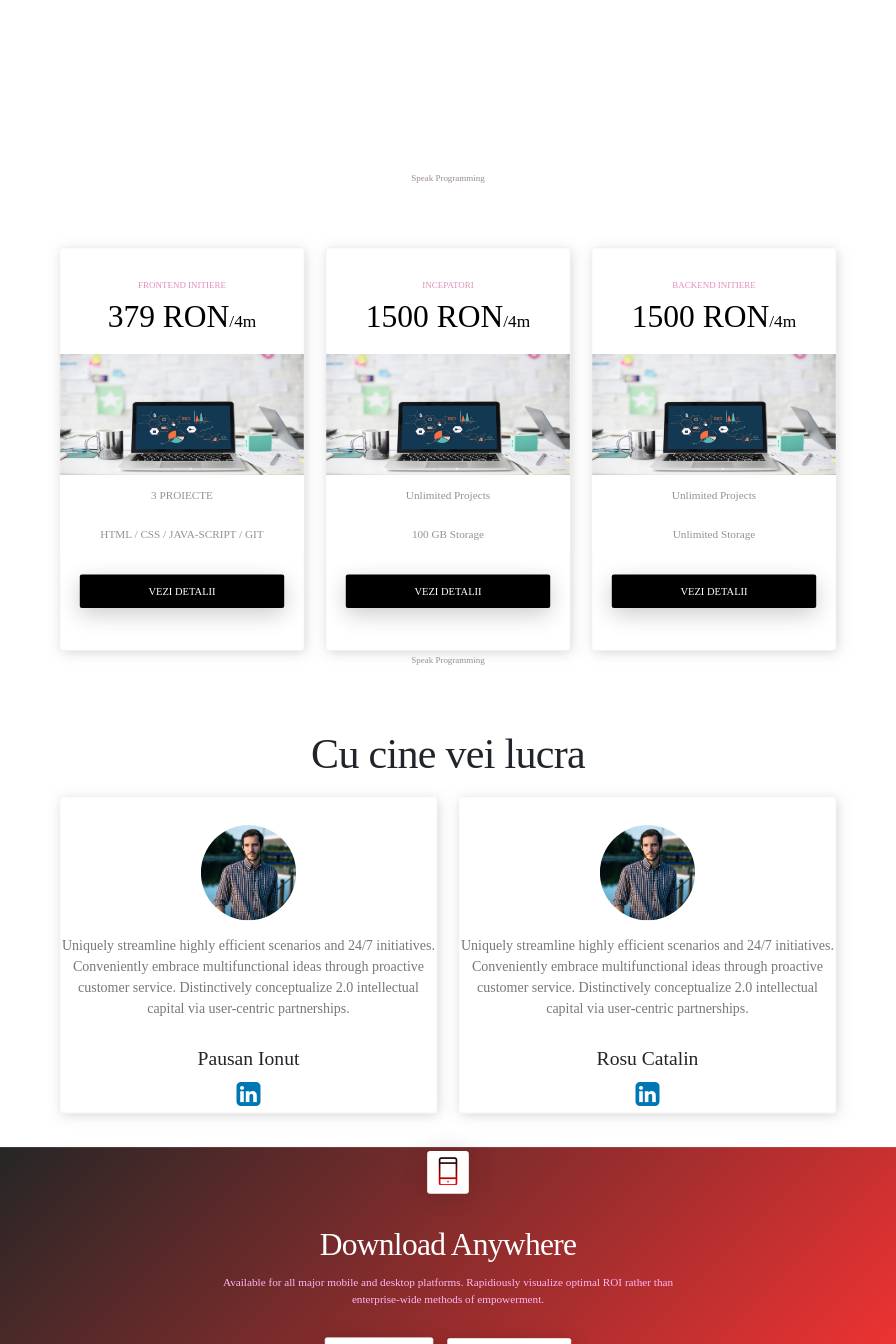
Repository: RosuCatalinDorin/ITSchool
Page: home-page/index.html
An editor plug-in stored every save of this project. The page is shown before and after the next save, followed by the edit.
The browser window is 1280 px wide. The pictures show the part of the page from y = 424 to 2344 px (the page is 2976 px tall before and 3276 px after), at 70% of full size.
Some web libraries are served in a nearby version.

Above is the page before, as saved 2019-03-13 18:50:25.

After the next save:
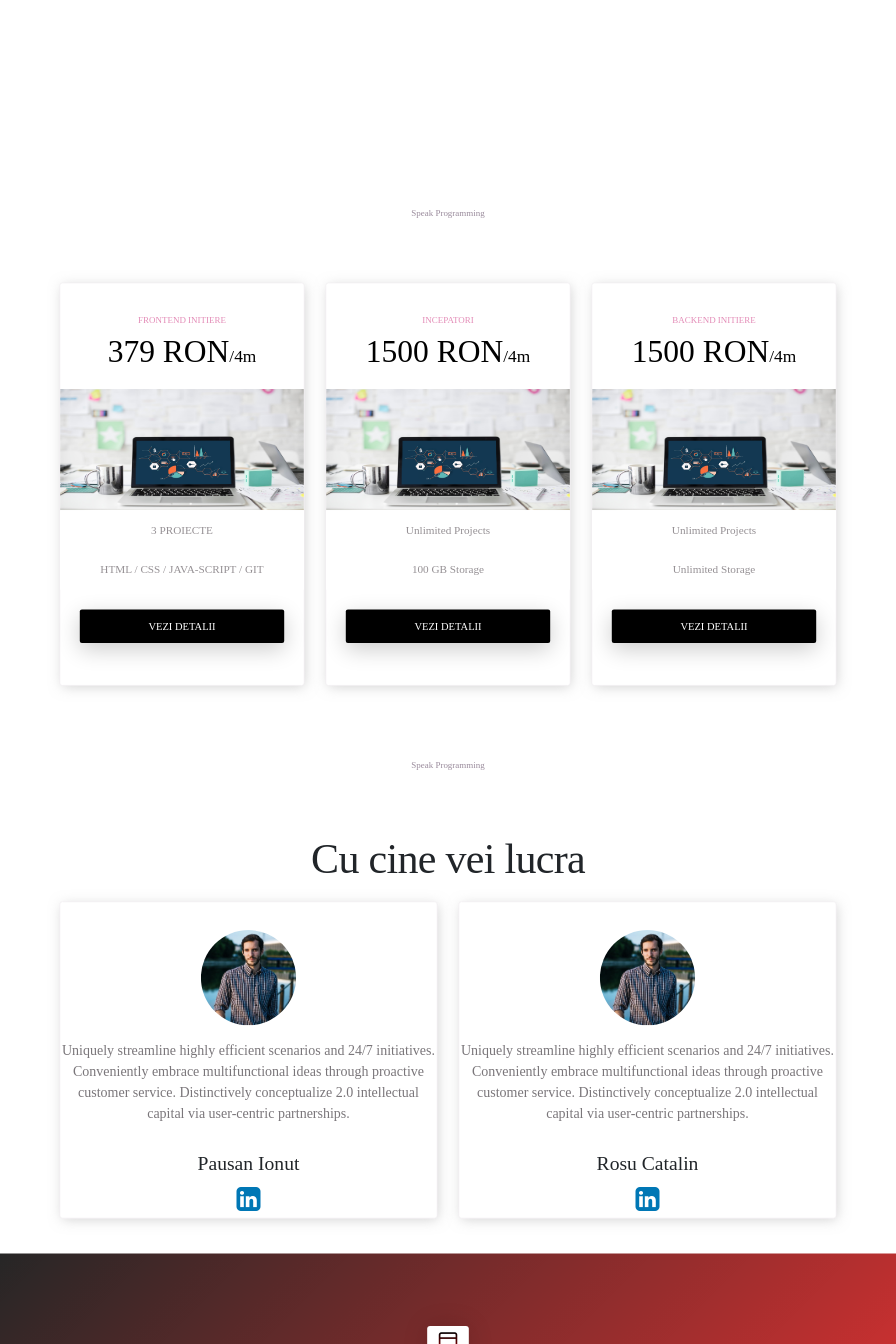
Saved 34 s later.
--- a/css/style.css
+++ b/css/style.css
@@ -123,7 +123,7 @@ p.lead {
 }
 
 .section {
-
+    padding: 50px 0 50px 0;
 }
 
 .section-title {
